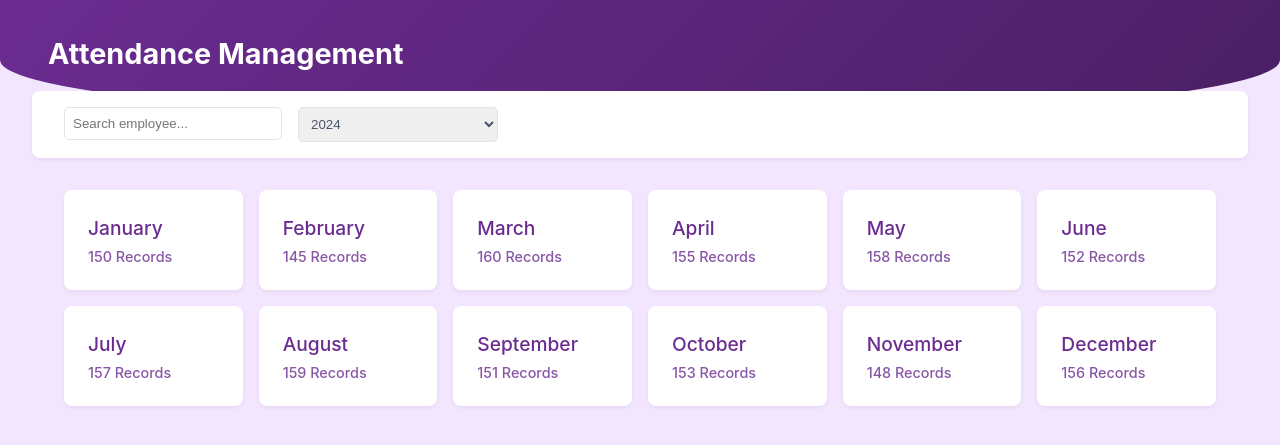
Repository: nino-pixel/payrolllatest
Page: /attendance (app in web_vue/)
An editor plug-in stored every save of this project. The page is shown before and after the next save, followed by the edit.
The browser window is 1280 px wide. The pictures show the whole page.
The project was rebuilt for these pictures with package versions that can differ from the ones it lists, and the page was loaded fresh each time. Also part of the build but not shown: web_vue/vite.config.js, web_vue/src/components/login_page.vue, web_vue/src/components/sign_up.vue, web_vue/src/components/dashboard.vue, web_vue/src/components/employee_management.vue, web_vue/src/components/generate_payroll.vue.

Above is the page before, as saved 2024-12-19 01:23:30.

### web_vue/src/main.js
import { createApp } from 'vue'
import './style.css'
import App from './App.vue'
import router from './router'

// ECharts imports
import VChart from 'vue-echarts'
import { use } from 'echarts/core'
import { CanvasRenderer } from 'echarts/renderers'
import { PieChart, LineChart, BarChart, GaugeChart } from 'echarts/charts'
import {
  TitleComponent,
  TooltipComponent,
  LegendComponent,
  GridComponent
} from 'echarts/components'

// Register ECharts components
use([
  CanvasRenderer,
  PieChart,
  LineChart,
  BarChart,
  GaugeChart,
  TitleComponent,
  TooltipComponent,
  LegendComponent,
  GridComponent
])

const app = createApp(App)
app.component('v-chart', VChart)
app.use(router)
app.mount('#app')

### web_vue/src/style.css
:root {
  font-family: Inter, system-ui, Avenir, Helvetica, Arial, sans-serif;
  line-height: 1.5;
  font-weight: 400;
  color-scheme: light dark;
  color: rgba(255, 255, 255, 0.87);
  background-color: #242424;
  font-synthesis: none;
  text-rendering: optimizeLegibility;
  -webkit-font-smoothing: antialiased;
  -moz-osx-font-smoothing: grayscale;
}

body {
  margin: 0;
  padding: 0;
  min-height: 100vh;
  width: 100%;
}

/* Remove the centering and width constraints */
#app {
  max-width: none;
  margin: 0;
  padding: 0;
  width: 100%;
  min-height: 100vh;
}

/* Adjust other styles */
.card {
  padding: 2em;
  width: 100%;
  box-sizing: border-box;
}

button {
  border-radius: 8px;
  border: 1px solid transparent;
  padding: 0.6em 1.2em;
  font-size: 1em;
  font-weight: 500;
  font-family: inherit;
  background-color: #1a1a1a;
  cursor: pointer;
  transition: border-color 0.25s;
}

/* Media query adjustments */
@media (prefers-color-scheme: light) {
  :root {
    color: #213547;
    background-color: #ffffff;
  }
  a:hover {
    color: #747bff;
  }
  button {
    background-color: #f9f9f9;
  }
}

### web_vue/src/App.vue

<template>
 <router-view></router-view>

</template>

<script>
import login_page from './components/login_page.vue'
 // Import the component

export default {
  name: 'App',
  components: {
    login_page,
  }
}
</script>

### web_vue/src/router/index.js
import { createRouter, createWebHistory } from 'vue-router'
import LoginPage from '../components/login_page.vue'
import SignupPage from '../components/sign_up.vue'
import Dashboard from '../components/dashboard.vue'
import EmployeeManagement from '../components/employee_management.vue'
import AttendanceManagement from '../components/attendance_management.vue'
import GeneratePayroll from '../components/generate_payroll.vue'
const routes = [
  {
    path: '/',
    name: 'Login',
    component: LoginPage
  },
  {
    path: '/signup',
    name: 'Signup',
    component: SignupPage
  },
  {
    path: '/dashboard',
    name: 'Dashboard',
    component: Dashboard
  },
  {
    path: '/employees',
    name: 'Employees',
    component: EmployeeManagement
  },
  {
    path: '/attendance',
    name: 'Attendance',
    component: AttendanceManagement
  },
  {
    path: '/generate_payroll',
    name: 'GeneratePayroll',
    component: GeneratePayroll
  }

  // Add other routes here as needed
]

const router = createRouter({
  history: createWebHistory(),
  routes
})

export default router

### web_vue/src/components/attendance_management.vue
<template>
  <div class="attendance-container">
    <div class="wave-bg"></div>

    <div class="content-wrapper">
      <!-- Header Section -->
      <div class="header-section">
        <h1>Attendance Management</h1>
      </div>

      <!-- Search and Filter Section -->
      <div class="search-section">
        <div class="search-box">
          <input
            type="text"
            v-model="searchQuery"
            placeholder="Search employee..."
          >
        </div>
        <div class="filter-box">
          <select v-model="selectedYear">
            <option value="2024">2024</option>
            <option value="2023">2023</option>
            <option value="2022">2022</option>
            <option value="2021">2021</option>
          </select>
        </div>
      </div>

      <!-- Months Grid -->
      <div class="months-grid" v-if="!showRecords">
        <!-- First Row -->
        <div class="month-row">
          <button
            v-for="month in months.slice(0, 6)"
            :key="month.id"
            class="month-btn"
            :class="{ active: selectedMonth === month.id }"
            @click="selectMonth(month)"
          >
            <div class="month-content">
              <span class="month-name">{{ month.name }}</span>
              <span class="attendance-count">{{ month.attendanceCount }} Records</span>
            </div>
          </button>
        </div>

        <!-- Second Row -->
        <div class="month-row">
          <button
            v-for="month in months.slice(6, 12)"
            :key="month.id"
            class="month-btn"
            :class="{ active: selectedMonth === month.id }"
            @click="selectMonth(month)"
          >
            <div class="month-content">
              <span class="month-name">{{ month.name }}</span>
              <span class="attendance-count">{{ month.attendanceCount }} Records</span>
            </div>
          </button>
        </div>
      </div>

      <!-- Attendance Records Table -->
      <div class="records-section" v-if="showRecords">
        <div class="records-header">
          <button class="back-btn" @click="showRecords = false">
            <span>←</span> Back to Months
          </button>
          <h2>{{ selectedMonthName }} {{ selectedYear }} Attendance Records</h2>
          <button class="report-btn" @click="showReportModal = true">
            <i class="fas fa-file-alt"></i> Generate Report
          </button>
        </div>

        <div class="table-container">
          <table>
            <thead>
              <tr>
                <th>Date</th>
                <th>Employee ID</th>
                <th>Name</th>
                <th>Time In</th>
                <th>Time Out</th>
                <th>Status</th>
                <th>Actions</th>
              </tr>
            </thead>
            <tbody>
              <tr v-for="record in filteredRecords" :key="record.id">
                <td>{{ record.date }}</td>
                <td>{{ record.employeeId }}</td>
                <td>{{ record.name }}</td>
                <td>{{ record.timeIn }}</td>
                <td>{{ record.timeOut }}</td>
                <td>
                  <span :class="['status', record.status.toLowerCase()]">
                    {{ record.status }}
                  </span>
                </td>
                <td class="actions">
                  <button @click="editRecord(record)" class="edit-btn">
                    <i class="fas fa-edit"></i>
                  </button>
                </td>
              </tr>
            </tbody>
          </table>
        </div>
      </div>

      <!-- Report Generation Modal -->
      <div class="modal" v-if="showReportModal">
        <div class="modal-content">
          <h2>Generate Attendance Report</h2>

          <div class="report-options">
            <div class="form-group">
              <label>Report Type</label>
              <select v-model="reportSettings.type">
                <option value="monthly">Monthly Report</option>
                <option value="status">Status Report</option>
                <option value="employee">Employee Report</option>
              </select>
            </div>

            <!-- Monthly Report Options -->
            <div class="form-group" v-if="reportSettings.type === 'monthly'">
              <label>Select Month</label>
              <select v-model="reportSettings.month">
                <option v-for="month in months" :key="month.id" :value="month.id">
                  {{ month.name }}
                </option>
              </select>
            </div>

            <!-- Status Report Options -->
            <div class="form-group" v-if="reportSettings.type === 'status'">
              <label>Select Status</label>
              <select v-model="reportSettings.status">
                <option value="present">Present</option>
                <option value="absent">Absent</option>
                <option value="late">Late</option>
                <option value="all">All Statuses</option>
              </select>
            </div>

            <!-- Employee Report Options -->
            <div class="form-group" v-if="reportSettings.type === 'employee'">
              <label>Select Employee</label>
              <select v-model="reportSettings.employeeId">
                <option v-for="emp in employees" :key="emp.id" :value="emp.id">
                  {{ emp.name }}
                </option>
              </select>
            </div>

            <div class="form-group">
              <label>Date Range</label>
              <div class="date-range">
                <input type="date" v-model="reportSettings.startDate">
                <span>to</span>
                <input type="date" v-model="reportSettings.endDate">
              </div>
            </div>

            <div class="form-group">
              <label>File Format</label>
              <select v-model="reportSettings.format">
                <option value="pdf">PDF</option>
                <option value="excel">Excel</option>
                <option value="csv">CSV</option>
              </select>
            </div>
          </div>

          <div class="form-buttons">
            <button class="generate-btn" @click="generateReport">
              Generate Report
            </button>
            <button class="cancel-btn" @click="showReportModal = false">
              Cancel
            </button>
          </div>
        </div>
      </div>
    </div>
  </div>
</template>
  <script>
  export default {
    name: 'AttendanceManagement',
    data() {
      return {
        searchQuery: '',
        selectedYear: '2024',
        selectedMonth: null,
        selectedMonthName: '',
        showRecords: false,
        months: [
          { id: 1, name: 'January', attendanceCount: 150 },
          { id: 2, name: 'February', attendanceCount: 145 },
          { id: 3, name: 'March', attendanceCount: 160 },
          { id: 4, name: 'April', attendanceCount: 155 },
          { id: 5, name: 'May', attendanceCount: 158 },
          { id: 6, name: 'June', attendanceCount: 152 },
          { id: 7, name: 'July', attendanceCount: 157 },
          { id: 8, name: 'August', attendanceCount: 159 },
          { id: 9, name: 'September', attendanceCount: 151 },
          { id: 10, name: 'October', attendanceCount: 153 },
          { id: 11, name: 'November', attendanceCount: 148 },
          { id: 12, name: 'December', attendanceCount: 156 }
        ],
        attendanceRecords: [
          // Sample data - replace with your actual data
          {
            id: 1,
            date: '2024-01-15',
            employeeId: 'EMP001',
            name: 'John Doe',
            timeIn: '08:00 AM',
            timeOut: '05:00 PM',
            status: 'Present'
          },
          // Add more records...
        ],
        showReportModal: false,
      reportSettings: {
        type: 'monthly',
        month: null,
        status: 'all',
        employeeId: null,
        startDate: '',
        endDate: '',
        format: 'pdf'
      },
      employees: [
        { id: 'EMP001', name: 'John Doe' },
        { id: 'EMP002', name: 'Jane Smith' },
        // Add more employees...
      ]

      }
    },
    computed: {
      filteredRecords() {
        return this.attendanceRecords.filter(record => {
          const matchesSearch = record.name.toLowerCase().includes(this.searchQuery.toLowerCase()) ||
                              record.employeeId.toLowerCase().includes(this.searchQuery.toLowerCase())
          return matchesSearch
        })
      }
    },
    methods: {
      selectMonth(month) {
        this.selectedMonth = month.id
        this.selectedMonthName = month.name
        this.showRecords = true
        // Here you would typically fetch the attendance records for the selected month
      },
      editRecord(record) {
        // Implement edit functionality
        console.log('Editing record:', record)
      },
      generateReport() {
      // Implement report generation logic based on reportSettings
      console.log('Generating report with settings:', this.reportSettings)

      // Example implementation
      const reportData = {
        type: this.reportSettings.type,
        parameters: this.reportSettings,
        timestamp: new Date().toISOString()
      }

      // Here you would typically:
      // 1. Call your backend API to generate the report
      // 2. Handle the response (download file, show preview, etc.)
      // 3. Show loading state during generation
      // 4. Handle any errors

      // For now, we'll just close the modal
      this.showReportModal = false
    }

    }
  }
  </script>
  <style scoped>

  .attendance-container {
  min-height: 100vh;
  width: 100%;
  padding: 0;
  background: #f2e6ff;
  position: relative;
  overflow-x: hidden;
}

  .wave-bg {
    position: absolute;
    top: 0;
    left: 0;
    right: 0;
    height: 120px;
    background: linear-gradient(135deg, #6b2c91, #4a1f64);
    border-radius: 0 0 50% 50%;
    z-index: 0;
  }

  .content-wrapper {
    position: relative;
    z-index: 1;
    height: 100%;
    display: flex;
    flex-direction: column;
    padding: 1rem;
  }

  .header-section {
    display: flex;
    justify-content: space-between;
    align-items: center;
    padding: 1rem 2rem;
  }

  .header-section h1 {
    color: white;
    font-size: 1.8rem;
    margin: 0;
  }

  .search-section {
    display: flex;
    gap: 1rem;
    padding: 1rem 2rem;
    background: white;
    margin: 0 1rem;
    border-radius: 8px;
    box-shadow: 0 2px 4px rgba(0,0,0,0.05);
  }

  .search-box input,
  .filter-box select {
    padding: 0.5rem;
    border: 1px solid #e1e4e8;
    border-radius: 5px;
    width: 200px;
    color: #4a5568;
  }

  .search-box input:focus,
  .filter-box select:focus {
    outline: none;
    border-color: #6b2c91;
    box-shadow: 0 0 0 2px rgba(107, 44, 145, 0.1);
  }

  .months-grid {
    flex: 1;
    display: flex;
    flex-direction: column;
    gap: 1rem;
    padding: 1rem 2rem;
    margin: 1rem;
  }

  .month-row {
    display: grid;
    grid-template-columns: repeat(6, 1fr);
    gap: 1rem;
  }

  .month-btn {
    background: white;
    border: none;
    border-radius: 8px;
    padding: 1.5rem;
    cursor: pointer;
    transition: all 0.3s ease;
    box-shadow: 0 2px 4px rgba(0,0,0,0.05);
    text-align: left;
    height: 100px;
    color:  #6b2c91;
  }

  .month-btn:hover {
    transform: translateY(-2px);
    box-shadow: 0 4px 6px rgba(0,0,0,0.1);
  }

  .month-btn.active {
    background: #6b2c91;
    color: white;
  }

  .month-content {
    display: flex;
    flex-direction: column;
    gap: 0.5rem;
  }

  .month-name {
    font-size: 1.2rem;
    font-weight: 500;
  }

  .attendance-count {
    font-size: 0.9rem;
    opacity: 0.8;
  }

  .month-btn.active .attendance-count {
    color: rgba(255, 255, 255, 0.9);
  }

  /* Responsive adjustments */
  @media (max-width: 1200px) {
    .month-row {
      grid-template-columns: repeat(3, 1fr);
    }
  }

  @media (max-width: 768px) {
    .month-row {
      grid-template-columns: repeat(2, 1fr);
    }

    .search-section {
      flex-direction: column;
    }

    .search-box input,
    .filter-box select {
      width: 100%;
    }
  }


.records-section {
  flex: 1;
  display: flex;
  flex-direction: column;
  gap: 1rem;
  padding: 1rem 2rem;
  margin: 1rem;
}

.records-header {
  display: flex;
  align-items: center;
  gap: 2rem;
  margin-bottom: 1rem;
}

.back-btn {
  display: flex;
  align-items: center;
  gap: 0.5rem;
  padding: 0.5rem 1rem;
  background: #6b2c91;
  color: white;
  border: none;
  border-radius: 5px;
  cursor: pointer;
  transition: all 0.3s ease;
}

.back-btn:hover {
  background: #5a2578;
}

.records-header h2 {
  color: #2d3748;
  margin: 0;
}

.table-container {
  background: white;
  border-radius: 8px;
  box-shadow: 0 2px 4px rgba(0,0,0,0.05);
  overflow-x: auto;
}

table {
  width: 100%;
  border-collapse: separate;
  border-spacing: 0;
}

th, td {
  padding: 1rem;
  text-align: left;
  border-bottom: 1px solid #e1e4e8;
}

th {
  background: #f8fafc;
  color: #2d3748;
  font-weight: 600;
}

td {
  color: #4a5568;
}

.status {
  padding: 0.25rem 0.75rem;
  border-radius: 15px;
  font-size: 0.875rem;
}

.status.present {
  background: #e6f4ea;
  color: #1e7e34;
}

.status.absent {
  background: #feeced;
  color: #dc3545;
}

.status.late {
  background: #fff3cd;
  color: #856404;
}

.actions {
  display: flex;
  gap: 0.5rem;
}

.edit-btn {
  padding: 0.25rem 0.5rem;
  background: #28a745;
  color: white;
  border: none;
  border-radius: 3px;
  cursor: pointer;
}

.edit-btn:hover {
  background: #218838;
}

.report-section {
  padding: 0 2rem;
  margin-bottom: 1rem;
}

.report-buttons {
  display: flex;
  justify-content: flex-end;
  gap: 1rem;
}

.report-btn {
  display: flex;
  align-items: center;
  gap: 0.5rem;
  padding: 0.5rem 1rem;
  background: #6b2c91;
  color: rgb(15, 12, 12);
  border: none;
  border-radius: 5px;
  cursor: pointer;
  transition: all 0.3s ease;
}

.report-btn:hover {
  background: #5a2578;
  transform: translateY(-1px);
}

.modal {
  position: fixed;
  top: 0;
  left: 0;
  right: 0;
  bottom: 0;
  background: rgba(0, 0, 0, 0.5);
  display: flex;
  justify-content: center;
  align-items: center;
  z-index: 1000;
}

.modal-content {
  background: white;
  padding: 2rem;
  border-radius: 10px;
  width: 500px;
  max-width: 90%;
  max-height: 90vh;
  overflow-y: auto;
}

.report-options {
  margin: 1.5rem 0;
}

.form-group {
  margin-bottom: 1.2rem;
}

.form-group label {
  display: block;
  margin-bottom: 0.5rem;
  font-weight: 500;
  color: #4a5568;
}

.form-group select,
.form-group input {
  width: 100%;
  padding: 0.6rem;
  border: 1px solid #e1e4e8;
  border-radius: 5px;
  color: #2d3748;
}

.date-range {
  display: flex;
  gap: 1rem;
  align-items: center;
}

.date-range input {
  flex: 1;
}

.date-range span {
  color: #4a5568;
}

.form-buttons {
  display: flex;
  gap: 1rem;
  margin-top: 2rem;
}

.generate-btn,
.cancel-btn {
  padding: 0.6rem 1.2rem;
  border: none;
  border-radius: 5px;
  cursor: pointer;
  font-weight: 500;
  transition: all 0.2s ease;
}

.generate-btn {
  background: #6b2c91;
  color: white;
  flex: 2;
}

.cancel-btn {
  background: #dc3545;
  color: white;
  flex: 1;
}

.generate-btn:hover,
.cancel-btn:hover {
  opacity: 0.9;
  transform: translateY(-1px);
}

@media (max-width: 768px) {
  .date-range {
    flex-direction: column;
    gap: 0.5rem;
  }

  .date-range span {
    text-align: center;
  }
}
  </style>

After the next save:
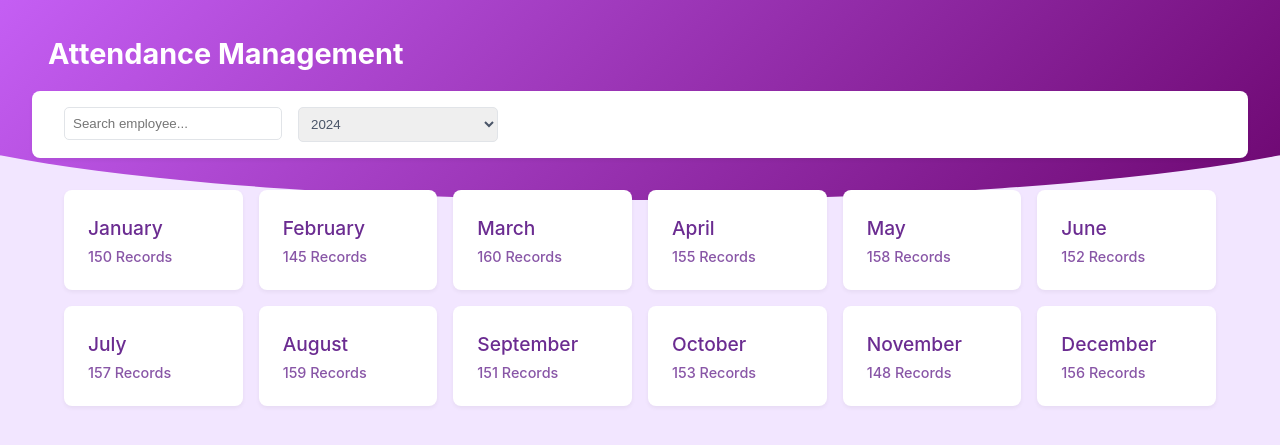
Saved 13 s later.
--- a/web_vue/src/components/attendance_management.vue
+++ b/web_vue/src/components/attendance_management.vue
@@ -298,17 +298,16 @@
   overflow-x: hidden;
 }
 
-  .wave-bg {
-    position: absolute;
-    top: 0;
-    left: 0;
-    right: 0;
-    height: 120px;
-    background: linear-gradient(135deg, #6b2c91, #4a1f64);
-    border-radius: 0 0 50% 50%;
-    z-index: 0;
-  }
-
+.wave-bg {
+  position: absolute;
+  top: 0;
+  left: -10%;
+  right: -10%;
+  height: 200px;
+  background: linear-gradient(135deg, #cc66ff, #660066);
+  border-radius: 0 0 50% 50%;
+  z-index: 0;
+}
   .content-wrapper {
     position: relative;
     z-index: 1;
